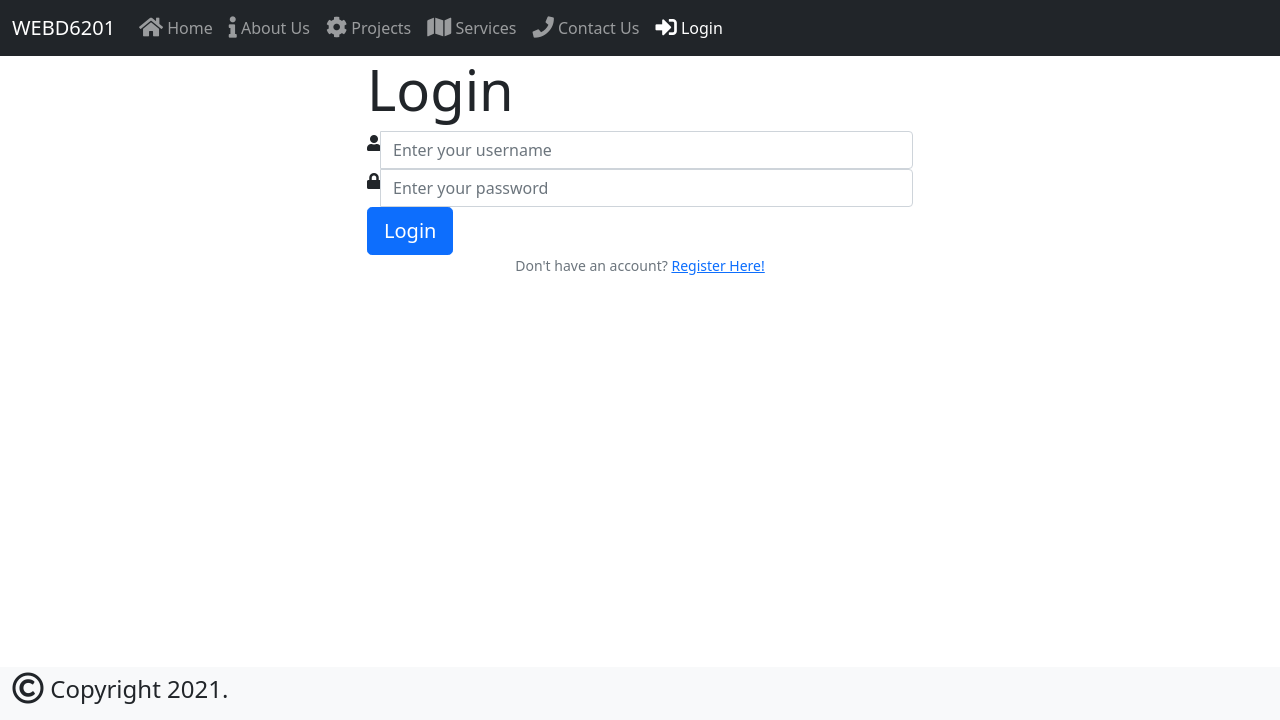
Repository: aphim/webd6201ICE6
Page: login.html
The author's editor kept a copy of each file at every save. The page is drawn from the files as they stood at one save, then again after the next save.
The browser window is 1280 px wide. The pictures show the whole page.

Above is the page before, as saved 2021-02-17 09:33:15.

After the next save:
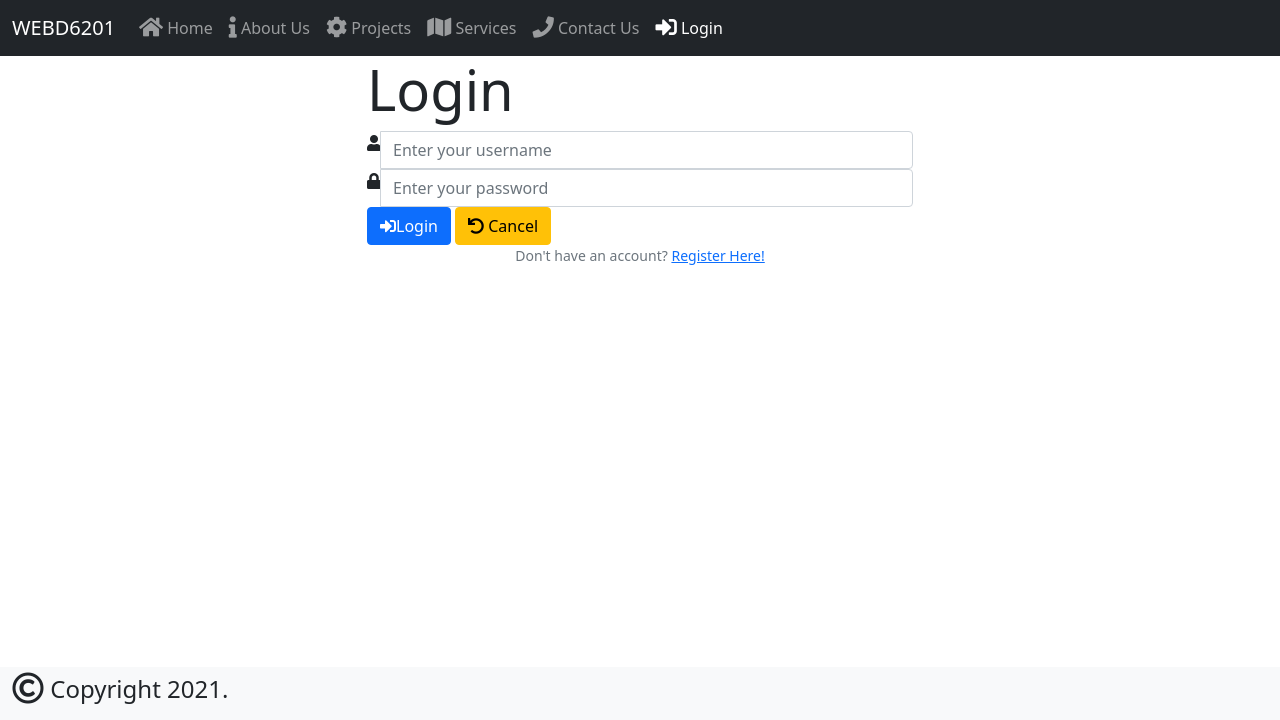
Saved 22 h 44 min later.
--- a/login.html
+++ b/login.html
@@ -81,7 +81,8 @@
 
                       </div>
                       <div class="text-right">
-                        <button id="submitButton" type="submit" class="btn btn-primary btn-lg">Login</button>
+                        <button id="submitButton" type="submit" class="btn btn-primary"><i class="fas fa-sign-in-alt"></i>Login</button>
+                        <button id="cancelButton" type="reset" class="btn btn-warning"><i class="fas fa-undo"></i> Cancel</button>
                       </div>
                     </form>
 
